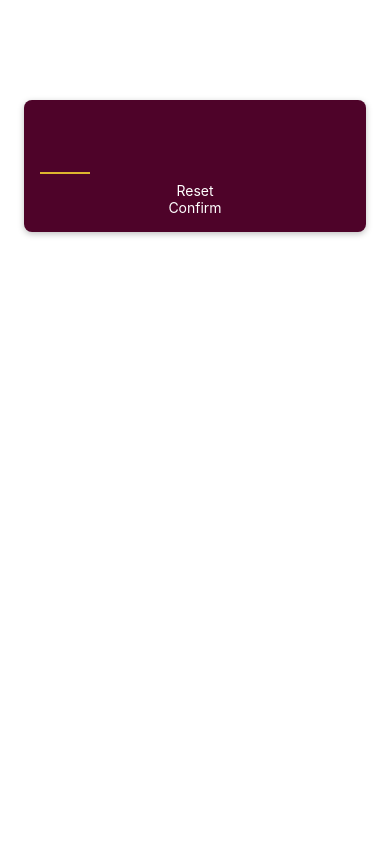
Repository: GarlicButterBoy/Number-Guessing-Game
Screen: /
These files come from the project's save history. The screen is drawn as it stood at one moment and after the next save; the edit follows.
The app was drawn by React Native's web renderer in a window 390 px wide. The project was rebuilt for these pictures with package versions that can differ from the ones it lists, and the page was loaded fresh each time.

Above is the screen before, as saved 2024-05-03 09:06:20.

After the next save:
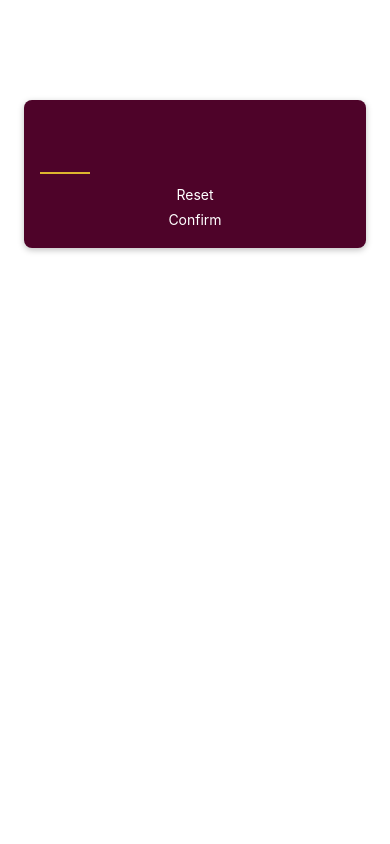
Saved 6 s later.
--- a/components/PrimaryButton.js
+++ b/components/PrimaryButton.js
@@ -5,7 +5,7 @@ function PrimaryButton({ children }) {
     console.log("Pressed!");
   }
   return (
-    <View style={styles.buttonContainer}>
+    <View style={styles.buttonOuterContainer}>
       <Pressable onPress={pressHandler} android_ripple={{ color: "#640233" }}>
         <Text style={styles.buttonText}>{children}</Text>
       </Pressable>
@@ -16,7 +16,7 @@ function PrimaryButton({ children }) {
 export default PrimaryButton;
 
 const styles = StyleSheet.create({
-  buttonOuterContainer: { borderRadius: 28, margin: 4, overflow: "hidden",  },
+  buttonOuterContainer: { borderRadius: 28, margin: 4, overflow: "hidden" },
   buttonInnerContainer: {
     backgroundColor: "#72063c",
     paddingVertical: 8,
